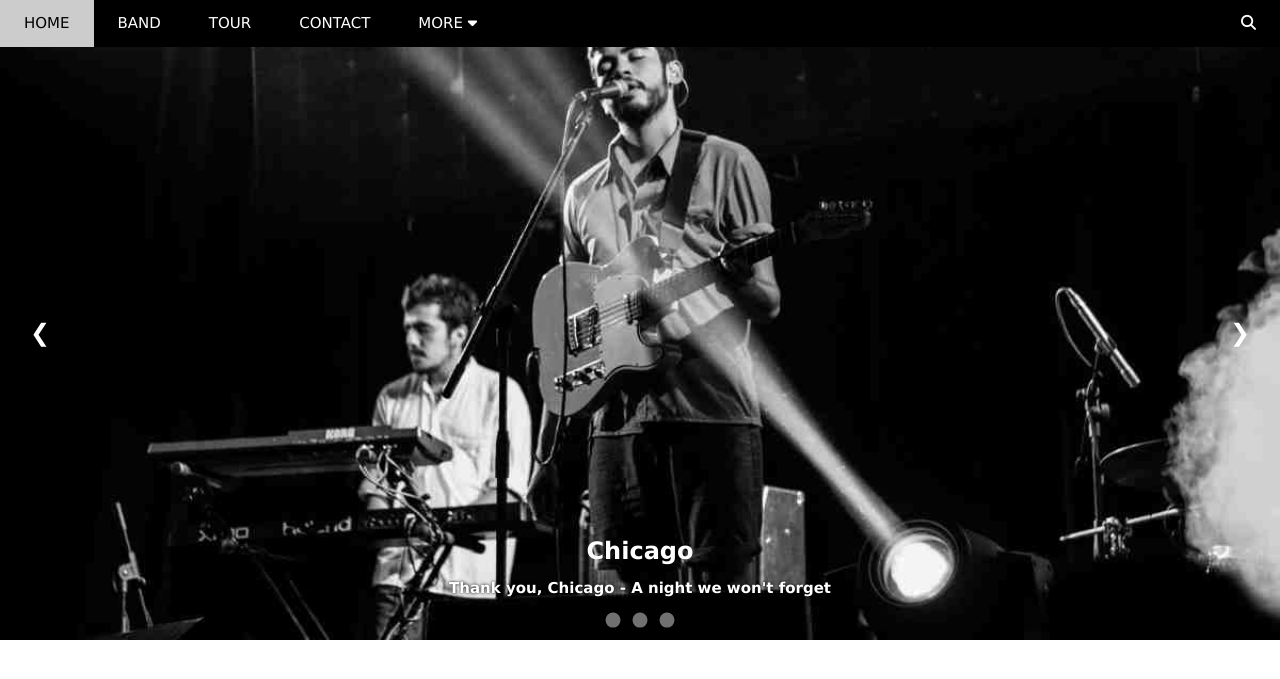
Repository: tam1512/The-Band
Page: index.html
The author's editor kept a copy of each file at every save. The page is drawn from the files as they stood at one save, then again after the next save.
The browser window is 1280 px wide. The pictures show the whole page.
After loading, the first visible `a.prev` was clicked once.
Some web libraries are served in a nearby version.

Above is the page before, as saved 2022-07-23 10:00:41.

### index.html
<!DOCTYPE html>
<html lang="en">
  <head>
    <meta charset="UTF-8" />
    <meta http-equiv="X-UA-Compatible" content="IE=edge" />
    <meta name="viewport" content="width=device-width, initial-scale=1.0" />
    <link
      rel="stylesheet"
      href="https://cdnjs.cloudflare.com/ajax/libs/font-awesome/6.1.1/css/all.min.css"
      integrity="sha512-KfkfwYDsLkIlwQp6LFnl8zNdLGxu9YAA1QvwINks4PhcElQSvqcyVLLD9aMhXd13uQjoXtEKNosOWaZqXgel0g=="
      crossorigin="anonymous"
      referrerpolicy="no-referrer"
    />
    <link rel="stylesheet" href="./assets/css/style.css" />
    <title>The Band</title>
  </head>
  <body>
    <div class="container">
      <div class="header" id="home">
        <ul class="header_nav">
          <li><a href="#home">HOME</a></li>
          <li><a href="#band">BAND</a></li>
          <li><a href="#tour">TOUR</a></li>
          <li><a href="#contact">CONTACT</a></li>
          <li class="header_nav_dropdown">
            <a href="javascript:void(0)" class="dropbtn">
              MORE
              <i class="fa-solid fa-caret-down"></i>
            </a>
            <div class="dropdown-content">
              <a href="#">Merchandise</a>
              <a href="#">Extras</a>
              <a href="#">Media</a>
            </div>
          </li>
        </ul>
        <div id="header_search">
          <i class="fa-solid fa-magnifying-glass color-white"></i>
        </div>
      </div>
      <!-- Slideshow container -->
      <div class="slider">
        <!-- Full-width image with caption text -->
        <div class="slider_slides-cont">
          <div class="slider_slide">
            <img src="assets/img/la.jpg" alt="Los Angeles" />
            <div class="text padding-32-16 color-white">
              <h3 class="fz-24 margin-10">Los Angeles</h3>
              <p class="margin-15">
                <b class="text-shadow">We had the bes time playing at Venice Beach!</b>
              </p>
            </div>
          </div>

          <div class="slider_slide">
            <img src="assets/img/ny.jpg" alt="New York" />
            <div class="text padding-32-16 color-white">
              <h3 class="fz-24 margin-10">New York</h3>
              <p class="margin-15">
                <b class="text-shadow">The atmosphere in New York is lorem ipsum.</b>
              </p>
            </div>
          </div>

          <div class="slider_slide">
            <img src="assets/img/chicago.jpg" alt="Chicago" />
            <div class="text padding-32-16 color-white">
              <h3 class="fz-24 margin-10">Chicago</h3>
              <p class="margin-15">
                <b class="text-shadow">Thank you, Chicago - A night we won't forget</b>
              </p>
            </div>
          </div>
        </div>

        <!-- The pagination/circles -->
         <div class="slider_pagination"></div>

        <!-- Next and previous buttons (navigatin slide)-->
        <a class="prev">&#10094</a>
        <a class="next">&#10095</a>

        </div>
      </div>
      <br>


    </div>

    <script src="assets/js/js.js"></script>
  </body>
</html>

### assets/css/style.css
:root {
}

* {
  padding: 0;
  margin: 0;
  box-sizing: border-box;
}

body {
  font-family: Verdana, sans-serif;
  font-size: 15px;
  line-height: 22.5px;
}

.fz-24 {
  font-size: 24px;
}

.fz-30 {
  font-size: 30px;
}

.color-white {
  color: white;
}

.padding-64-16 {
  padding: 64px 16px !important;
}

.padding-32-16 {
  padding: 32px 16px !important;
}

.margin-0-24 {
  margin: 0 24px !important;
}

.margin-10 {
  margin: 10px 0 !important;
}

.margin-15 {
  margin: 15px 0 !important;
}

.text-shadow {
  text-shadow: 0 0 3px #000;
}

.header {
  position: fixed;
  top: 0;
  right: 0;
  left: 0;
  z-index: 2;
}

.header_nav {
  list-style-type: none;
  background-color: #000;
  overflow: hidden;
}

.header_nav > li {
  float: left;
}

.header_nav > li > a,
.dropbtn {
  display: inline-block;
  padding: 12px 24px;
  text-align: center;
  color: #fff;
  text-decoration: none;
}

.header_nav > li > a:hover,
.header_nav_dropdown:hover,
.dropbtn:hover,
.dropdown-content a:hover {
  background-color: #ccc;
  color: black;
}

li.header_nav_dropdown {
  display: inline-block;
  /* position: relative; */
}

.dropdown-content {
  display: none;
  position: absolute;
  min-width: 160px;
  background-color: #fff;
  box-shadow: 0px 8px 16px 0px rgba(0, 0, 0, 0.2);
  z-index: 1;
}

.dropdown-content a {
  color: #000 !important;
  text-align: left;
  padding: 8px 16px;
  display: block;
  text-decoration: none;
}

.header_nav_dropdown:hover .dropdown-content {
  display: block;
}

#header_search {
  position: absolute;
  top: 0;
  right: 0;
  padding: 12px 24px;
}

#header_search:hover {
  background-color: #f44336;
}

/* Slider */
/* Slideshow container */
.slider,
.slider_slides-cont {
  max-width: 100%;
  height: auto;
  position: relative;
  /* top: 47px; */
  margin: auto;
}

/* Hide the images by default */
.slider_slide {
  display: none;
}

.slider_slide:first-child {
  display: block;
}

.slider_slides-cont img {
  width: 100%;
  height: 100%;
}

/* Next & previous buttons */
.prev,
.next {
  cursor: pointer;
  position: absolute;
  top: 50%;
  transform: translate(0, -50%);
  margin: 10px;
  padding: 24px 20px;
  color: #fff;
  font-weight: bold;
  font-size: 24px;
  transition: background-color 0.6s ease;
  border-radius: 5px 5px 5px 5px;
  user-select: none;
}

/* Position the "next button" to the right */
.next {
  right: 0;
  border-radius: 5px 5px 5px 5px;
}

/* On hover, add a black backgroound color with a little bit see-through */
.prev:hover,
.next:hover {
  background-color: rgba(191, 191, 191, 0.6);
  color: rgb(26, 23, 23);
  font-weight: bolder;
}

/* Caption text */
.text {
  position: absolute;
  left: 50%;
  transform: translate(-50%, -100%);
  text-align: center;
}

.slider_pagination {
  position: absolute;
  left: 50%;
  transform: translate(-50%, -120%);
}

.slider_pagination_btn {
  cursor: pointer;
  padding: 6px;
  background-color: transparent;
  display: inline-block;
  transition: background-color 0.6s ease;
}

.slider_pagination_btn::before {
  content: "";
  display: inline-block;
  height: 15px;
  width: 15px;
  border-radius: 50%;
  background-color: #717171;
}
.slider_pagination_btn.slider_pagination_btn--sel::before,
.slider_pagination_btn:hover::before {
  background-color: #bbb;
}

/* Fading animation */
/* .fade {
  animation-name: fade;
  animation-duration: 1.5s;
}

@keyframes fade {
  from {
    opacity: 0.4;
  }
  to {
    opacity: 1;
  }
} */

### assets/js/js.js
let currentIndex = 0;
let newIndex = 0;
let autoplay = true;

let slideElements = document.getElementsByClassName("slider_slide");
let slidesLength = slideElements.length;
let paginationElement = document.getElementsByClassName("slider_pagination")[0];
let prevElement = document.getElementsByClassName("prev")[0];
let nextElement = document.getElementsByClassName("next")[0];

prevElement.addEventListener("click", function () {
  newIndex--;
  navigateSlider();
});

nextElement.addEventListener("click", function () {
  newIndex++;
  navigateSlider();
});

paginationHTML = [];
for (let i = 0; i < slidesLength; i++) {
  paginationHTML.push(
    `<span class="slider_pagination_btn" data-index="${i}"></span>`
  );
}
paginationElement.innerHTML = paginationHTML.join("");

paginationElement.addEventListener("click", function (e) {
  let target = e.target;
  if (target.classList.contains("slider_pagination_btn")) {
    newIndex = Number(target.getAttribute("data-index"));
    navigateSlider();
  }
});

function navigateSlider() {
  if (newIndex < 0) {
    newIndex = slidesLength - 1;
  } else if (newIndex > slidesLength - 1) {
    newIndex = 0;
  }

  slideElements[currentIndex].style.display = "none";
  slideElements[newIndex].style.display = "block";
  currentIndex = newIndex;
}

After the next save:
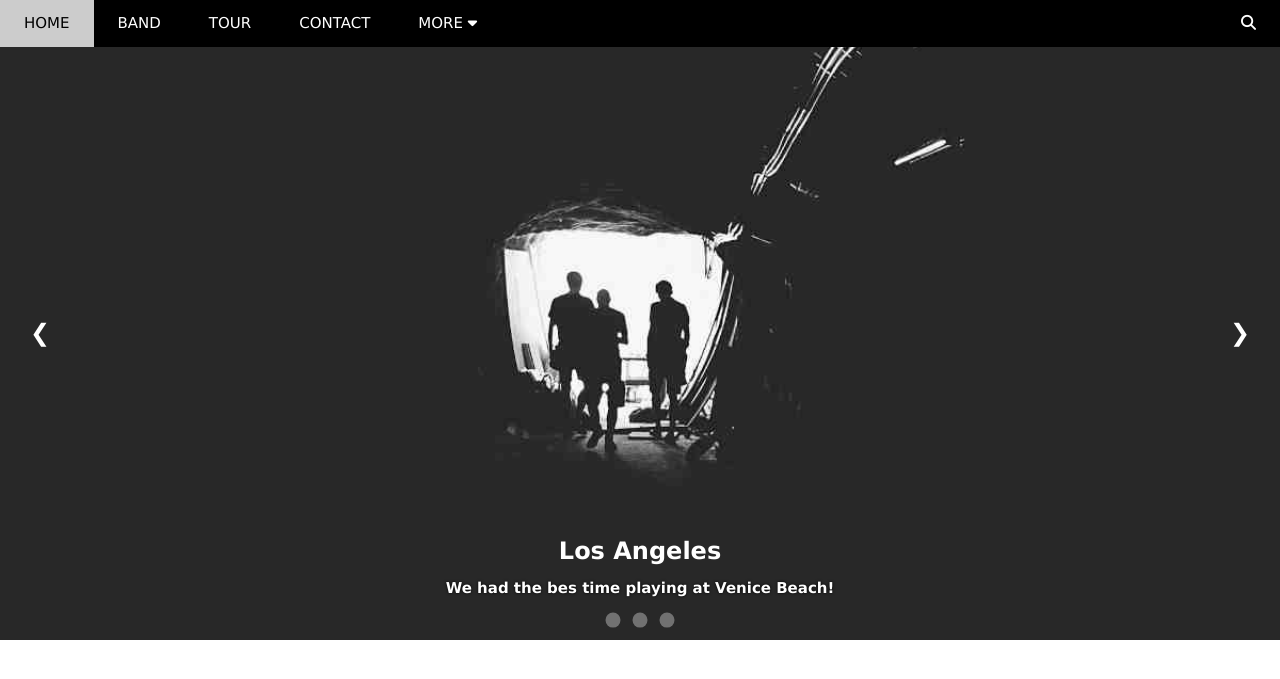
Console error: TypeError: Cannot read properties of undefined (reading 'childNodes')
Saved 2 min 39 s later.
--- a/assets/js/js.js
+++ b/assets/js/js.js
@@ -41,7 +41,15 @@ function navigateSlider() {
     newIndex = 0;
   }
 
+  paginationElement[currentIndex].childNodes.classList.remove(
+    "slider_pagination_btn--sel"
+  );
+  paginationElement[newIndex].childNodes.classList.add(
+    "slider_pagination_btn--sel"
+  );
+
   slideElements[currentIndex].style.display = "none";
   slideElements[newIndex].style.display = "block";
+
   currentIndex = newIndex;
 }

After the save that followed:
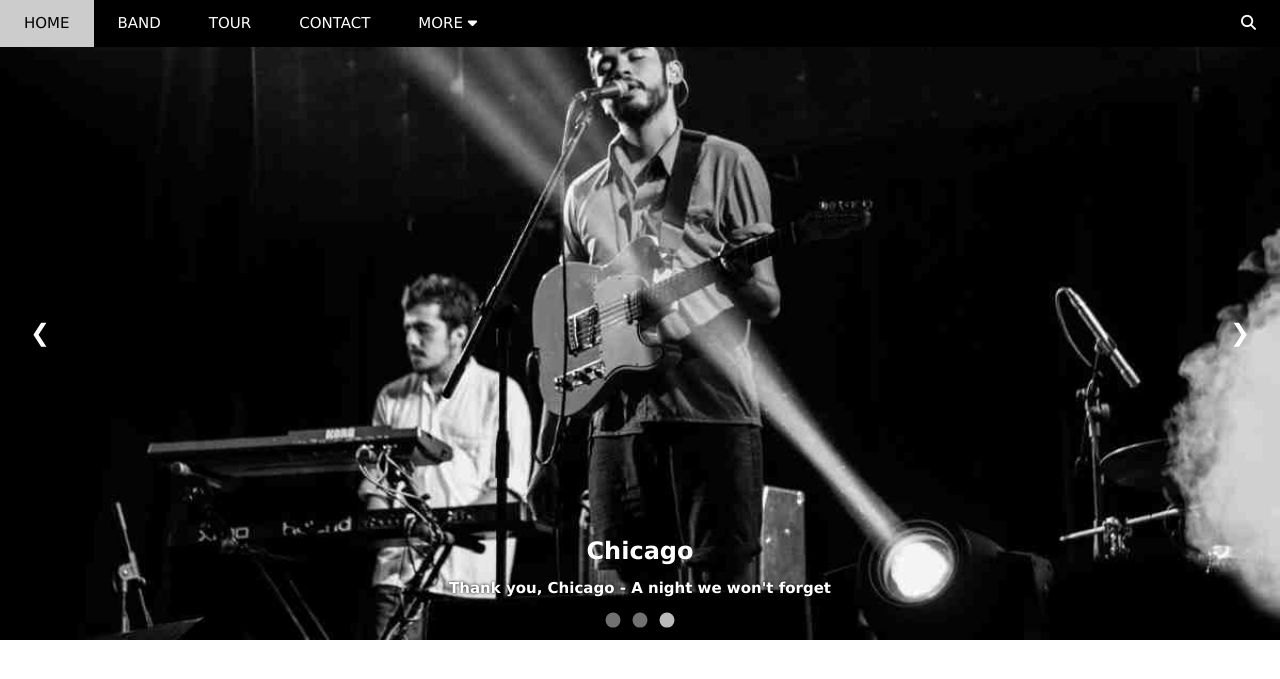
The error is gone.
Saved 43 s later.
--- a/assets/js/js.js
+++ b/assets/js/js.js
@@ -41,10 +41,10 @@ function navigateSlider() {
     newIndex = 0;
   }
 
-  paginationElement[currentIndex].childNodes.classList.remove(
+  paginationElement.childNodes[currentIndex].classList.remove(
     "slider_pagination_btn--sel"
   );
-  paginationElement[newIndex].childNodes.classList.add(
+  paginationElement.childNodes[newIndex].classList.add(
     "slider_pagination_btn--sel"
   );
 
